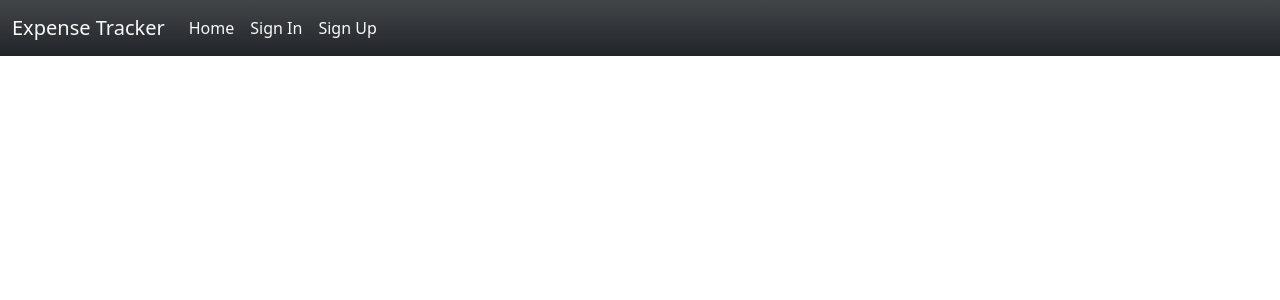
Repository: Gaurav560/OnlineExpenseTracker
Page: http://localhost/Online_Expense_Tracker/
The author's editor kept a copy of each file at every save. The page is drawn from the files as they stood at one save, then again after the next save.
The browser window is 1280 px wide. The pictures show the whole page.
The page is served by Tomcat 9. Other server files are loaded and not shown.

Above is the page before, as saved 2023-05-03 20:22:49.

### Online_Expense_Tracker/src/main/webapp/index.jsp
<%@ page language="java" contentType="text/html; charset=ISO-8859-1"
	pageEncoding="ISO-8859-1"%>
<!DOCTYPE html>
<html>
<head>
<meta charset="ISO-8859-1">
<title>Insert title here</title>
<link
	href="https://cdn.jsdelivr.net/npm/bootstrap@5.3.0-alpha3/dist/css/bootstrap.min.css"
	rel="stylesheet"
	integrity="sha384-KK94CHFLLe+nY2dmCWGMq91rCGa5gtU4mk92HdvYe+M/SXH301p5ILy+dN9+nJOZ"
	crossorigin="anonymous">
</head>
<body>

	<!--Navbar starts here  -->


	<nav class="navbar navbar-expand-lg bg-dark  bg-gradient">
		<div class="container-fluid">
			<a class="navbar-brand text-light" href="#">Expense Tracker</a>
			<button class="navbar-toggler" type="button"
				data-bs-toggle="collapse" data-bs-target="#navbarSupportedContent"
				aria-controls="navbarSupportedContent" aria-expanded="false"
				aria-label="Toggle navigation">
				<span class="navbar-toggler-icon"></span>
			</button>
			<div class="collapse navbar-collapse" id="navbarSupportedContent">
				<ul class="navbar-nav me-auto mb-2 mb-lg-0">
					<li class="nav-item"><a class="nav-link active text-light"
						aria-current="page" href="#">Home</a></li>
					<li class="nav-item"><a class="nav-link active text-light" href="#">Sign In</a></li>


					<li class="nav-item  ms-auto"><a class="nav-link active text-light " href="#">Sign Up</a></li>

				</ul>


			</div>
		</div>
	</nav>
	<!-- Navbar ends here  -->






	<script
		src="https://cdn.jsdelivr.net/npm/bootstrap@5.3.0-alpha3/dist/js/bootstrap.bundle.min.js"
		integrity="sha384-ENjdO4Dr2bkBIFxQpeoTz1HIcje39Wm4jDKdf19U8gI4ddQ3GYNS7NTKfAdVQSZe"
		crossorigin="anonymous"></script>
</body>
</html>

After the next save:
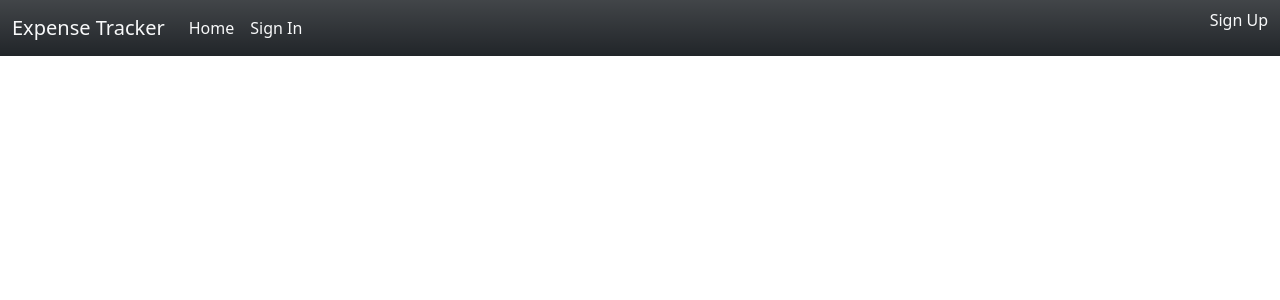
Saved 24 s later.
--- a/Online_Expense_Tracker/src/main/webapp/index.jsp
+++ b/Online_Expense_Tracker/src/main/webapp/index.jsp
@@ -32,11 +32,11 @@
 					<li class="nav-item"><a class="nav-link active text-light" href="#">Sign In</a></li>
 
 
-					<li class="nav-item  ms-auto"><a class="nav-link active text-light " href="#">Sign Up</a></li>
 
 				</ul>
-
-
+			<ul
+					<li class="nav-item  ms-auto"><a class="nav-link active text-light " href="#">Sign Up</a></li>
+				</ul>
 			</div>
 		</div>
 	</nav>
